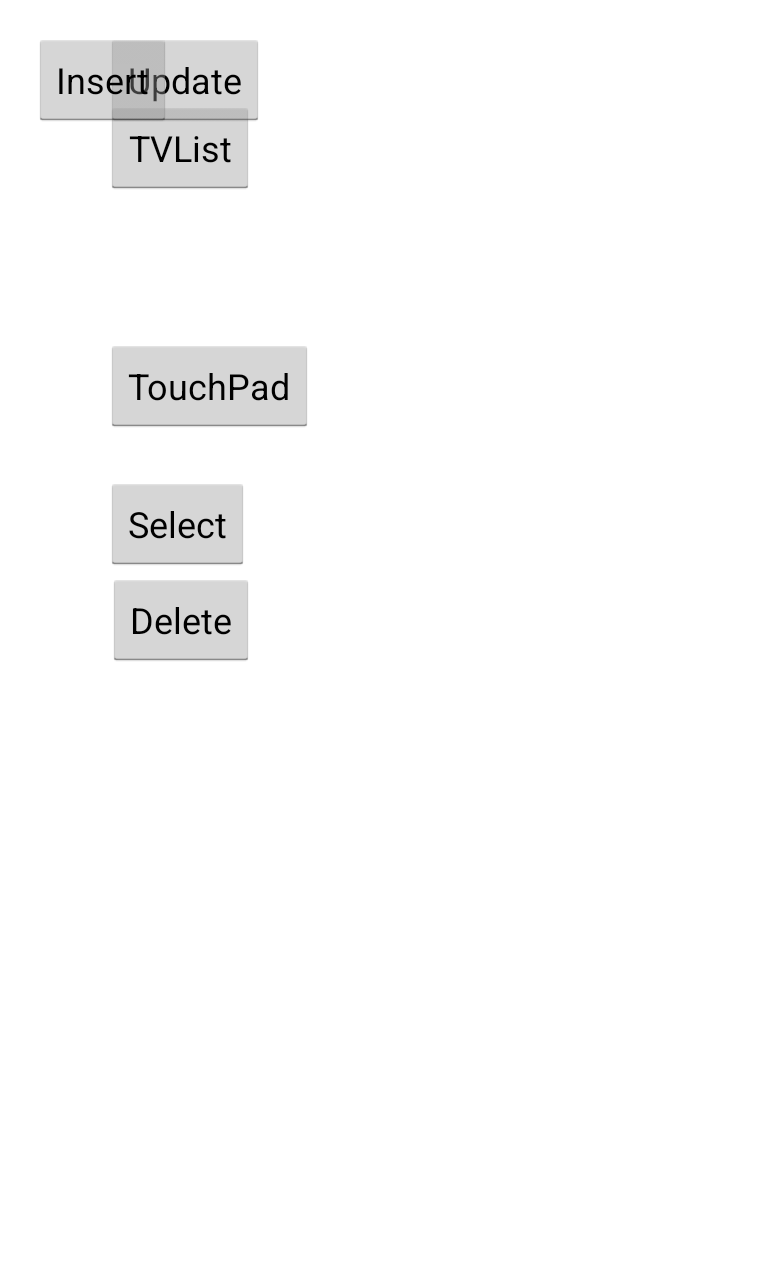
Repository: corestick/Beemote-Controler
Layout: Beemote-Controller/res/layout/activity_beemote.xml
An editor plug-in stored every save of this project. The layout is shown before and after the next save, followed by the edit.
It is drawn on a 768 x 1280 px phone screen (xhdpi) without system bars, with theme AppTheme; the app's code is not run.

Above is the layout before, as saved 2013-09-04 05:22:04.

### Beemote-Controller/res/layout/activity_beemote.xml
<RelativeLayout xmlns:android="http://schemas.android.com/apk/res/android"
    xmlns:tools="http://schemas.android.com/tools"
    android:layout_width="match_parent"
    android:layout_height="match_parent"
    android:paddingBottom="@dimen/activity_vertical_margin"
    android:paddingLeft="@dimen/activity_horizontal_margin"
    android:paddingRight="@dimen/activity_horizontal_margin"
    android:paddingTop="@dimen/activity_vertical_margin"
    tools:context=".Beemote" >

    <Button
        android:id="@+id/btnTVList"
        android:layout_width="wrap_content"
        android:layout_height="wrap_content"
        android:layout_alignParentLeft="true"
        android:layout_alignParentTop="true"
        android:layout_marginLeft="36dp"
        android:layout_marginTop="34dp"
        android:text="TVList" />

    <Button
        android:id="@+id/btnTouchPad"
        android:layout_width="wrap_content"
        android:layout_height="wrap_content"
        android:layout_alignLeft="@+id/btnTVList"
        android:layout_below="@+id/btnTVList"
        android:layout_marginTop="71dp"
        android:text="TouchPad" />

    <Button
        android:id="@+id/btnSelect"
        android:layout_width="wrap_content"
        android:layout_height="wrap_content"
        android:layout_alignLeft="@+id/btnTouchPad"
        android:layout_below="@+id/btnTouchPad"
        android:layout_marginTop="21dp"
        android:text="Select" />

    <Button
        android:id="@+id/btnDelete"
        android:layout_width="wrap_content"
        android:layout_height="wrap_content"
        android:layout_alignRight="@+id/btnTVList"
        android:layout_below="@+id/btnSelect"
        android:text="Delete" />

    <Button
        android:id="@+id/btnUpdate"
        android:layout_width="wrap_content"
        android:layout_height="wrap_content"
        android:layout_alignLeft="@+id/btnSelect"
        android:layout_below="@+id/button1"
        android:text="Update" />

    <Button
        android:id="@+id/btnInsert"
        android:layout_width="wrap_content"
        android:layout_height="wrap_content"
        android:layout_alignLeft="@+id/button2"
        android:layout_below="@+id/button2"
        android:text="Insert" />

</RelativeLayout>

Loaded but not shown: Beemote-Controller/res/values/styles.xml (common file); Beemote-Controller/res/values-v11/styles.xml (common file); Beemote-Controller/res/values-v14/styles.xml (common file); Beemote-Controller/res/values/dimens.xml (common file)

After the next save:
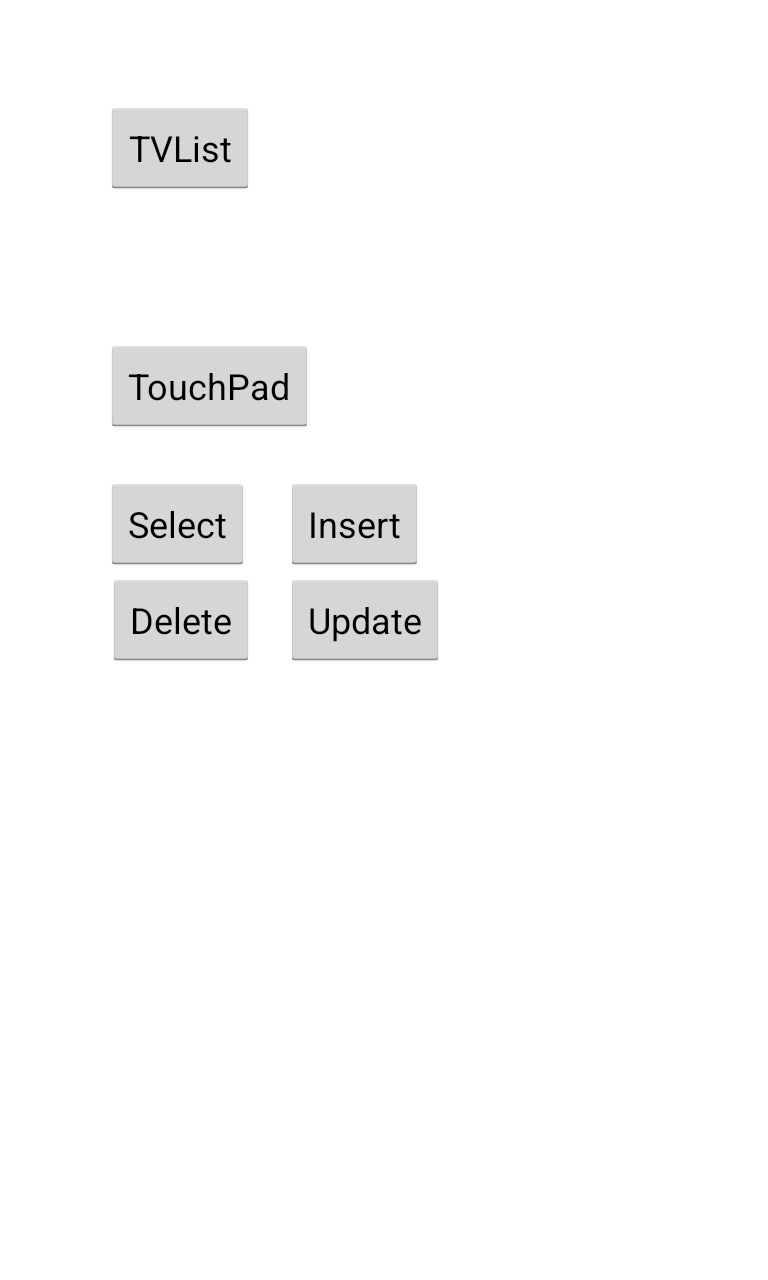
Saved 19 s later.
--- a/Beemote-Controller/res/layout/activity_beemote.xml
+++ b/Beemote-Controller/res/layout/activity_beemote.xml
@@ -48,16 +48,19 @@
         android:id="@+id/btnUpdate"
         android:layout_width="wrap_content"
         android:layout_height="wrap_content"
-        android:layout_alignLeft="@+id/btnSelect"
-        android:layout_below="@+id/button1"
+        android:layout_alignBaseline="@+id/btnDelete"
+        android:layout_alignBottom="@+id/btnDelete"
+        android:layout_marginLeft="14dp"
+        android:layout_toRightOf="@+id/btnDelete"
         android:text="Update" />
 
     <Button
         android:id="@+id/btnInsert"
         android:layout_width="wrap_content"
         android:layout_height="wrap_content"
-        android:layout_alignLeft="@+id/button2"
-        android:layout_below="@+id/button2"
+        android:layout_alignBaseline="@+id/btnSelect"
+        android:layout_alignBottom="@+id/btnSelect"
+        android:layout_alignLeft="@+id/btnUpdate"
         android:text="Insert" />
 
 </RelativeLayout>
